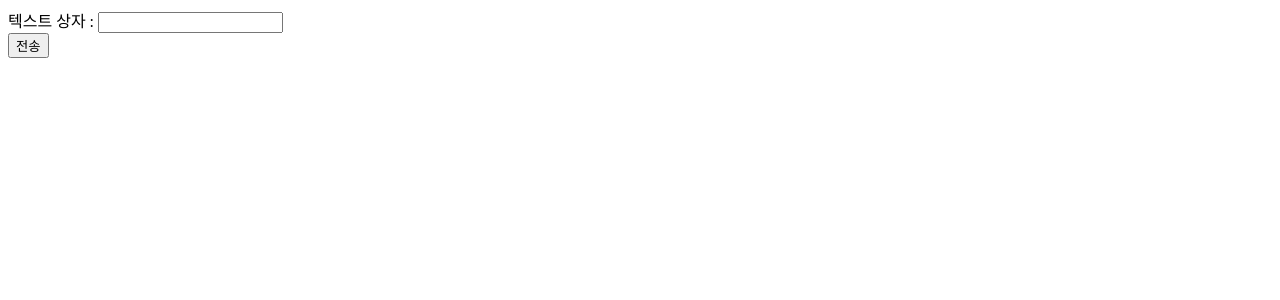
Repository: hololog/workspace_jsp1
Page: JspStudy/src/main/webapp/js1/Test12.html
These files come from the project's save history. The page is drawn as it stood at one moment and after the next save; the edit follows.
The browser window is 1280 px wide. The pictures show the whole page.

Above is the page before, as saved 2021-12-09 06:37:03.

### JspStudy/src/main/webapp/js1/Test12.html
<!DOCTYPE html>
<html>
<head>
<meta charset="UTF-8">
<title>js1/Test12.html</title>
<script type="text/javascript">

</script>
</head>
<body>
 <form action="Test11.html" method="get">
  텍스트 상자 : <input type="text" name="id"><br>
  <input type="submit" value="전송">

 </form>
</body>
</html>

After the next save:
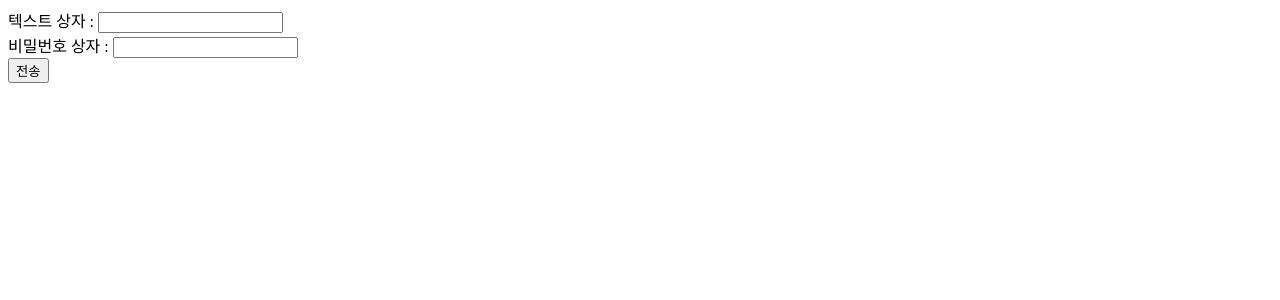
Saved 4 min 31 s later.
--- a/JspStudy/src/main/webapp/js1/Test12.html
+++ b/JspStudy/src/main/webapp/js1/Test12.html
@@ -10,6 +10,7 @@
 <body>
  <form action="Test11.html" method="get">
   텍스트 상자 : <input type="text" name="id"><br>
+  비밀번호 상자 : <input type="password" name="pass"><br>
   <input type="submit" value="전송">
 
  </form>
